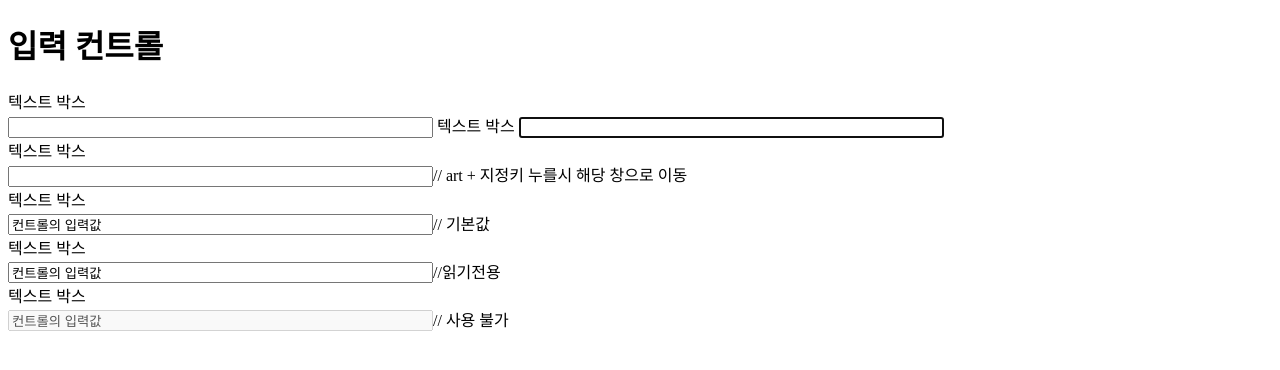
Repository: Hwang-97/HhwDesktop
Page: client/ClientTest/src/main/webapp/html/ex17_form.html
These files come from the project's save history. The page is drawn as it stood at one moment and after the next save; the edit follows.
The browser window is 1280 px wide. The pictures show the whole page.

Above is the page before, as saved 2021-12-13 02:05:31.

After the next save:
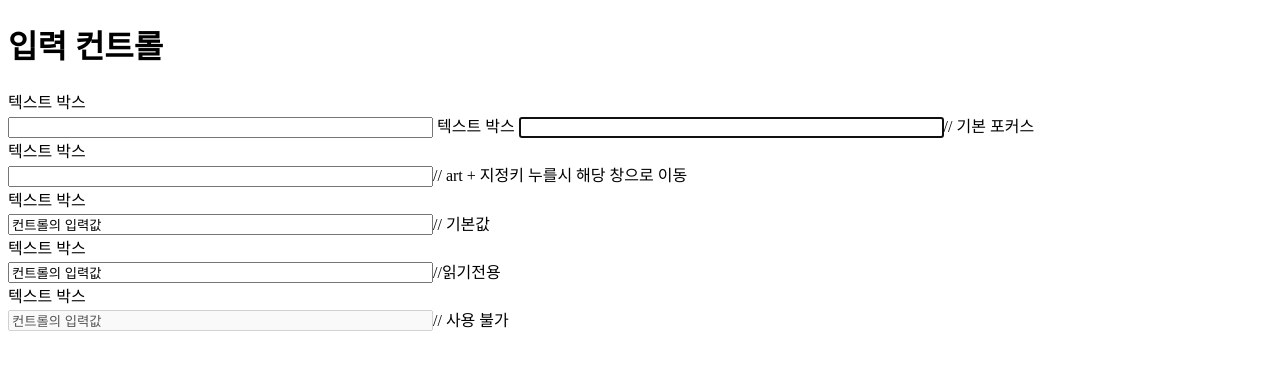
Saved 23 s later.
--- a/client/ClientTest/src/main/webapp/html/ex17_form.html
+++ b/client/ClientTest/src/main/webapp/html/ex17_form.html
@@ -26,7 +26,7 @@ maxlength="5">
 텍스트 박스
 <form action="">
 <input type = "text" name="txt1" id="txt1" class = "txt" size="50"
-maxlength="5" autofocus>
+maxlength="5" autofocus>// 기본 포커스
 </form>
 텍스트 박스
 <form action="">
